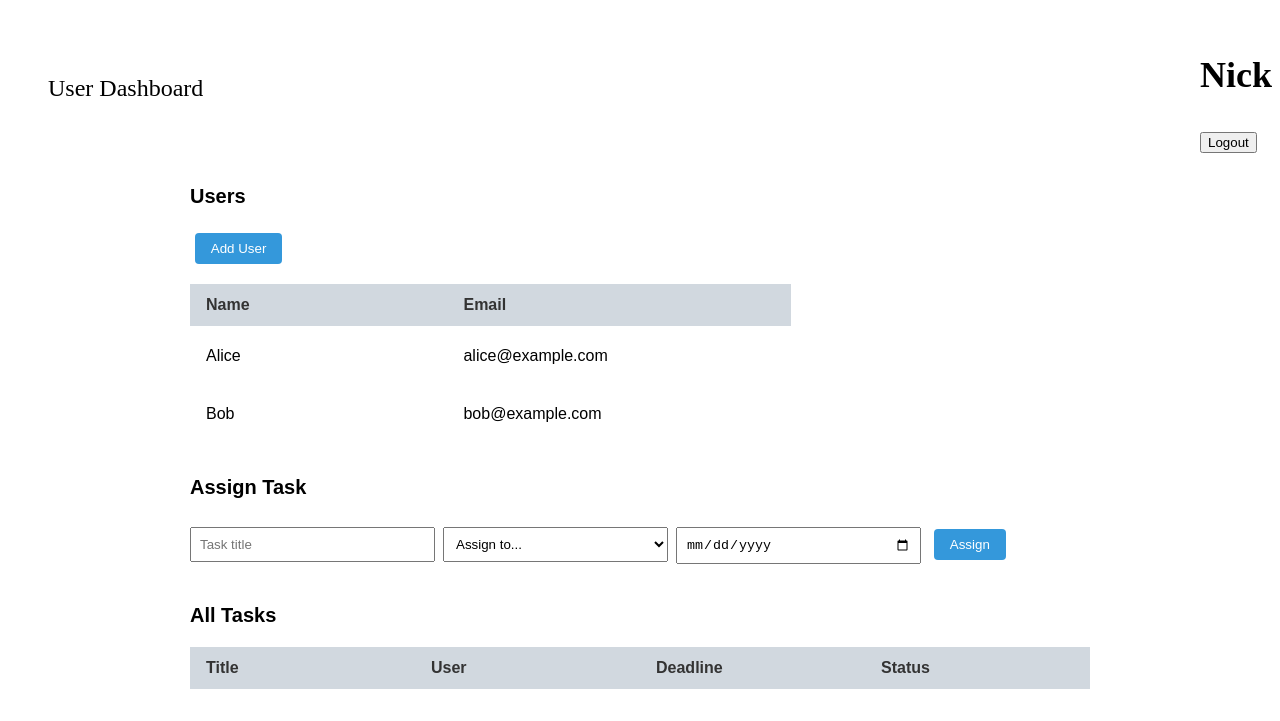
Repository: Edmund-Kiama/todoPHP
Page: /admin (app in task-manager-frontend/)
These files come from the project's save history. The page is drawn as it stood at one moment and after the next save; the edit follows.
The browser window is 1280 px wide. The pictures show the whole page.
The project was rebuilt for these pictures with package versions that can differ from the ones it lists, and the page was loaded fresh each time. Also part of the build but not shown: task-manager-frontend/vite.config.js, task-manager-frontend/src/components/Login/login.css, task-manager-frontend/src/components/Login/Login.vue, task-manager-frontend/src/components/User/UserDashboard.vue.

Above is the page before, as saved 2025-07-12 21:53:05.

After the next save:
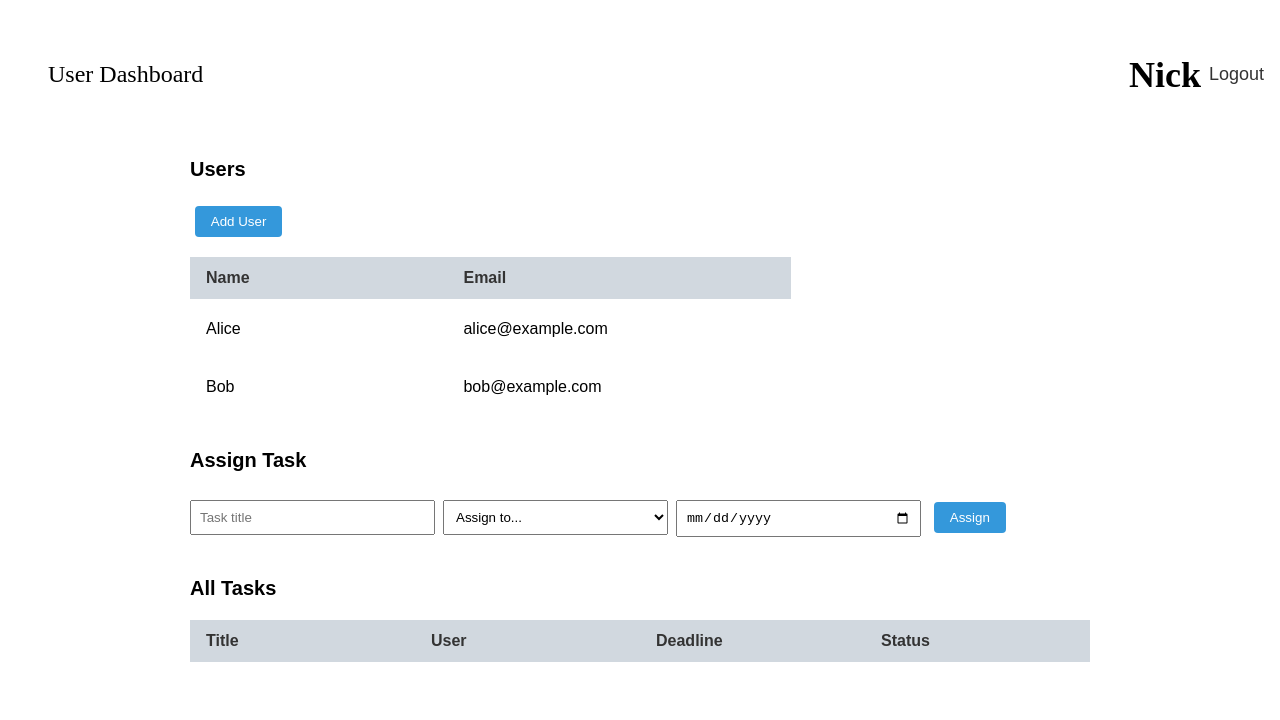
Saved 9 s later.
--- a/task-manager-frontend/src/components/Navbar/nav.css
+++ b/task-manager-frontend/src/components/Navbar/nav.css
@@ -9,7 +9,9 @@
     list-style: none;
     font-size: x-large;
 }
-.navbar ul li
+.navbar ul li {
+    display: flex;
+}
 .navbar button {
     text-decoration: none;
     background: none;
